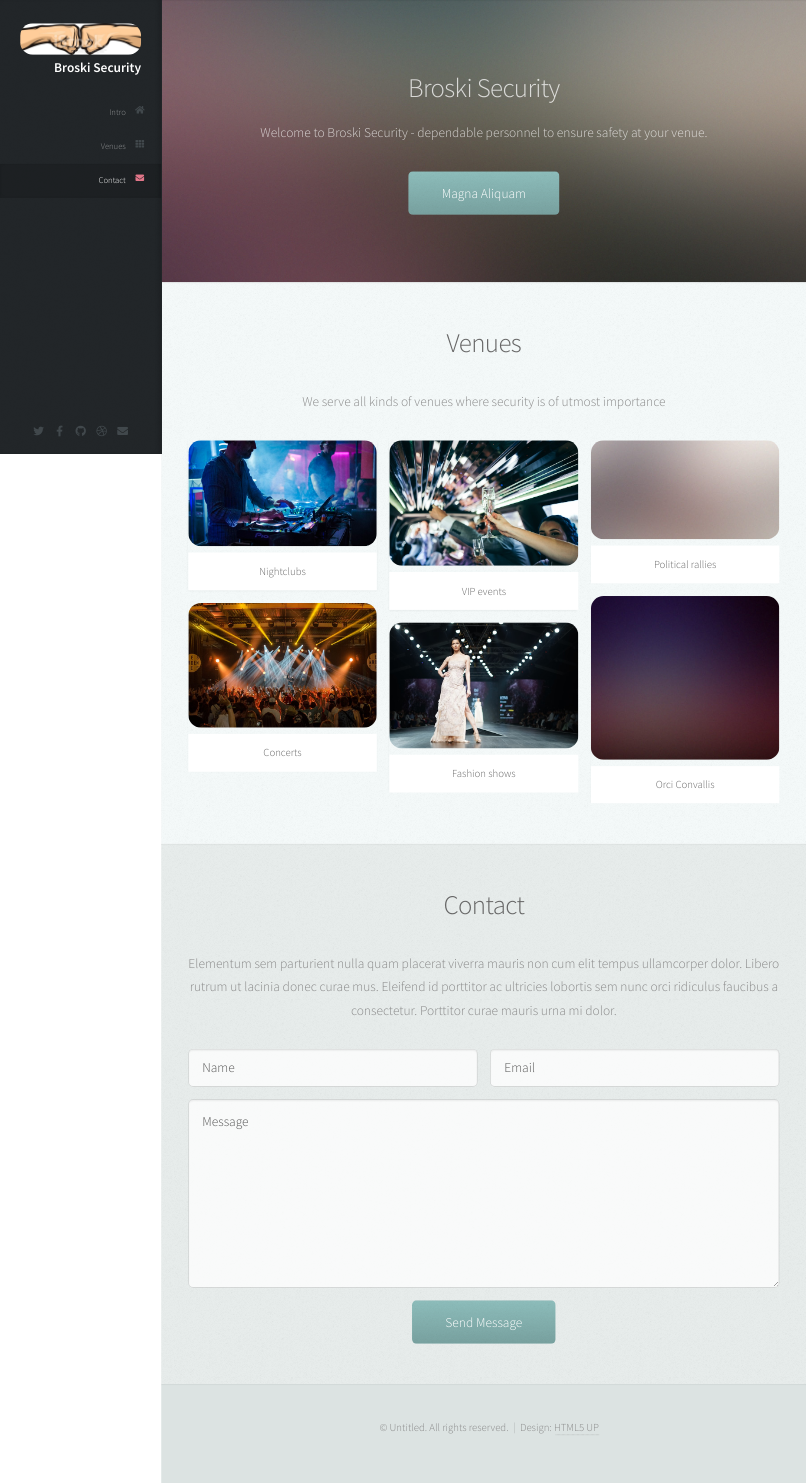
Repository: fiedore/fiedore.github.io
Page: index.html
The author's editor kept a copy of each file at every save. The page is drawn from the files as they stood at one save, then again after the next save.
The browser window is 1280 px wide. The pictures show the whole page, at 63% of full size.

Above is the page before, as saved 2025-06-03 09:22:37.

### index.html
<!DOCTYPE HTML>
<!--
	Prologue by HTML5 UP
	html5up.net | @ajlkn
	Free for personal and commercial use under the CCA 3.0 license (html5up.net/license)
-->
<html>
	<head>
		<title>Prologue by HTML5 UP</title>
		<meta charset="utf-8" />
		<meta name="viewport" content="width=device-width, initial-scale=1, user-scalable=no" />
		<link rel="stylesheet" href="assets/css/main.css" />
	</head>
	<body class="is-preload">

		<!-- Header -->
			<div id="header">

				<div class="top">

					<!-- Logo -->
						<div id="logo">
							<span class="image"><img src="images/broski_logo.jpg" alt="" /></span>
							<h1 id="title">Broski Security</h1>
						</div>

					<!-- Nav -->
						<nav id="nav">
							<ul>
								<li><a href="#top" id="top-link"><span class="icon solid fa-home">Intro</span></a></li>
								<li><a href="#venues" id="venues-link"><span class="icon solid fa-th">Venues</span></a></li>
								<!-- <li><a href="#about" id="about-link"><span class="icon solid fa-user">About Me</span></a></li> -->
								<li><a href="#contact" id="contact-link"><span class="icon solid fa-envelope">Contact</span></a></li>
							</ul>
						</nav>

				</div>

				<div class="bottom">

					<!-- Social Icons -->
						<ul class="icons">
							<li><a href="#" class="icon brands fa-twitter"><span class="label">Twitter</span></a></li>
							<li><a href="#" class="icon brands fa-facebook-f"><span class="label">Facebook</span></a></li>
							<li><a href="#" class="icon brands fa-github"><span class="label">Github</span></a></li>
							<li><a href="#" class="icon brands fa-dribbble"><span class="label">Dribbble</span></a></li>
							<li><a href="#" class="icon solid fa-envelope"><span class="label">Email</span></a></li>
						</ul>

				</div>

			</div>

		<!-- Main -->
			<div id="main">

				<!-- Intro -->
					<section id="top" class="one dark cover">
						<div class="container">

							<header>
								<h2 class="alt">Broski Security</h2>
								<p>Welcome to Broski Security - dependable personnel to ensure safety at your venue.</p>
							</header>

							<footer>
								<a href="#venues" class="button scrolly">Magna Aliquam</a>
							</footer>

						</div>
					</section>

				<!-- Venues -->
					<section id="venues" class="two">
						<div class="container">

							<header>
								<h2>Venues</h2>
							</header>

							<p>We serve all kinds of venues where security is of utmost importance</p>

							<div class="row">
								<div class="col-4 col-12-mobile">
									<article class="item">
										<a href="#" class="image fit"><img src="images/nightclub.jpg" alt="" /></a>
										<header>
											<h3>Nightclubs</h3>
										</header>
									</article>
									<article class="item">
										<a href="#" class="image fit"><img src="images/concerts.jpg" alt="" /></a>
										<header>
											<h3>Concerts</h3>
										</header>
									</article>
								</div>
								<div class="col-4 col-12-mobile">
									<article class="item">
										<a href="#" class="image fit"><img src="images/vip.jpg" alt="Photo by Michael Benz on Unsplash</a>
      " /></a>
										<header>
											<h3>VIP events</h3>
										</header>
									</article>
									<article class="item">
										<a href="#" class="image fit"><img src="images/fashion.jpg" alt="" /></a>
										<header>
											<h3>Fashion shows</h3>
										</header>
									</article>
								</div>
								<div class="col-4 col-12-mobile">
									<article class="item">
										<a href="#" class="image fit"><img src="images/pic06.jpg" alt="" /></a>
										<header>
											<h3>Political rallies</h3>
										</header>
									</article>
									<article class="item">
										<a href="#" class="image fit"><img src="images/pic07.jpg" alt="" /></a>
										<header>
											<h3>Orci Convallis</h3>
										</header>
									</article>
								</div>
							</div>

						</div>
					</section>

				<!-- About Me -->
					<!-- <section id="about" class="three">
						<div class="container">

							<header>
								<h2>About Me</h2>
							</header>

							<a href="#" class="image featured"><img src="images/pic08.jpg" alt="" /></a>

							<p>Tincidunt eu elit diam magnis pretium accumsan etiam id urna. Ridiculus
							ultricies curae quis et rhoncus velit. Lobortis elementum aliquet nec vitae
							laoreet eget cubilia quam non etiam odio tincidunt montes. Elementum sem
							parturient nulla quam placerat viverra mauris non cum elit tempus ullamcorper
							dolor. Libero rutrum ut lacinia donec curae mus vel quisque sociis nec
							ornare iaculis.</p>

						</div>
					</section> -->

				<!-- Contact -->
					<section id="contact" class="four">
						<div class="container">

							<header>
								<h2>Contact</h2>
							</header>

							<p>Elementum sem parturient nulla quam placerat viverra
							mauris non cum elit tempus ullamcorper dolor. Libero rutrum ut lacinia
							donec curae mus. Eleifend id porttitor ac ultricies lobortis sem nunc
							orci ridiculus faucibus a consectetur. Porttitor curae mauris urna mi dolor.</p>

							<form method="post" action="#">
								<div class="row">
									<div class="col-6 col-12-mobile"><input type="text" name="name" placeholder="Name" /></div>
									<div class="col-6 col-12-mobile"><input type="text" name="email" placeholder="Email" /></div>
									<div class="col-12">
										<textarea name="message" placeholder="Message"></textarea>
									</div>
									<div class="col-12">
										<input type="submit" value="Send Message" />
									</div>
								</div>
							</form>

						</div>
					</section>

			</div>

		<!-- Footer -->
			<div id="footer">

				<!-- Copyright -->
					<ul class="copyright">
						<li>&copy; Untitled. All rights reserved.</li><li>Design: <a href="http://html5up.net">HTML5 UP</a></li>
					</ul>

			</div>

		<!-- Scripts -->
			<script src="assets/js/jquery.min.js"></script>
			<script src="assets/js/jquery.scrolly.min.js"></script>
			<script src="assets/js/jquery.scrollex.min.js"></script>
			<script src="assets/js/browser.min.js"></script>
			<script src="assets/js/breakpoints.min.js"></script>
			<script src="assets/js/util.js"></script>
			<script src="assets/js/main.js"></script>

	</body>
</html>

Loaded but not shown: assets/css/fontawesome-all.min.css (library); assets/js/jquery.min.js (library); assets/js/jquery.scrolly.min.js (common file); assets/js/jquery.scrollex.min.js (common file); assets/js/browser.min.js (common file); assets/js/breakpoints.min.js (common file); assets/js/util.js (587 lines, source omitted); assets/js/main.js (123 lines, source omitted); assets/css/main.css (2636 lines, source omitted)

After the next save:
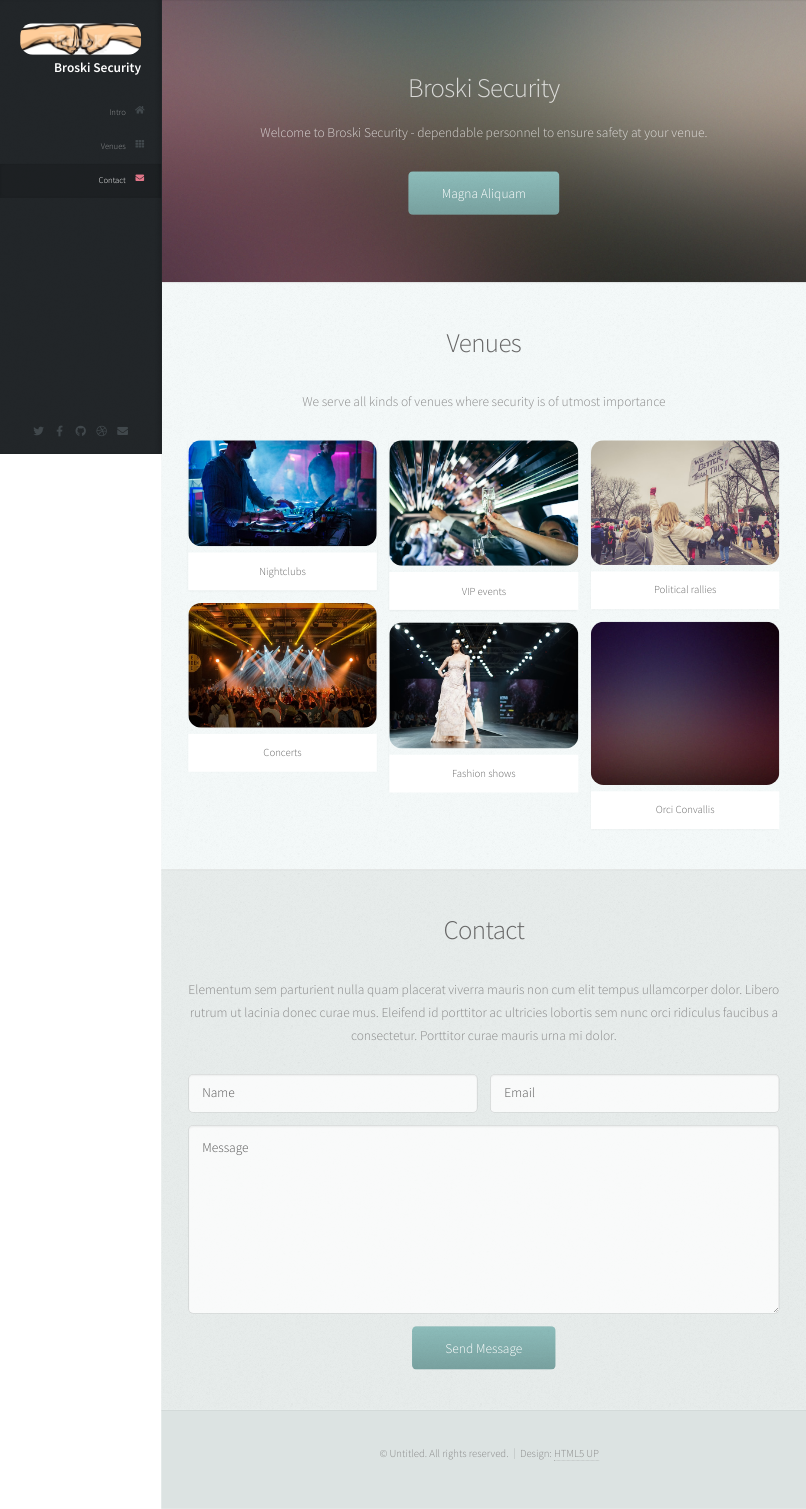
Saved 5 s later.
--- a/index.html
+++ b/index.html
@@ -112,7 +112,7 @@
 								</div>
 								<div class="col-4 col-12-mobile">
 									<article class="item">
-										<a href="#" class="image fit"><img src="images/pic06.jpg" alt="" /></a>
+										<a href="#" class="image fit"><img src="images/rally.jpg" alt="" /></a>
 										<header>
 											<h3>Political rallies</h3>
 										</header>
